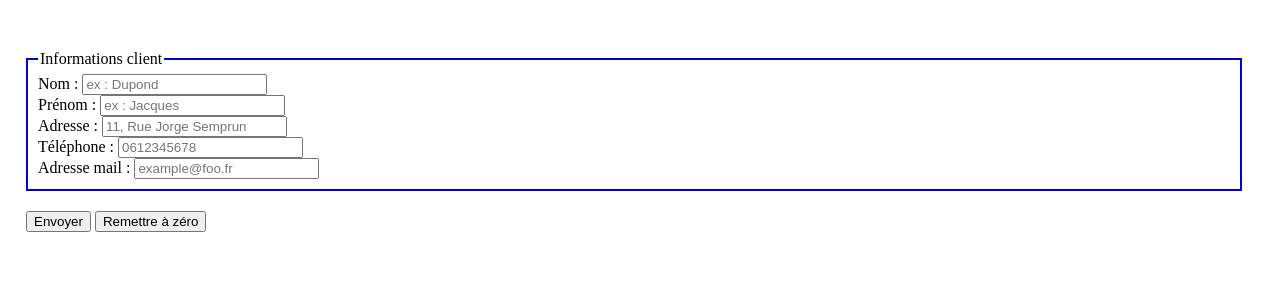
Repository: big73/NFE114
Page: http://localhost/Seance4-step1/formClient.jsp
The author's editor kept a copy of each file at every save. The page is drawn from the files as they stood at one save, then again after the next save.
The browser window is 1280 px wide. The pictures show the whole page.
The page is served by Tomcat 9.

Above is the page before, as saved 2015-12-30 14:15:35.

After the next save:
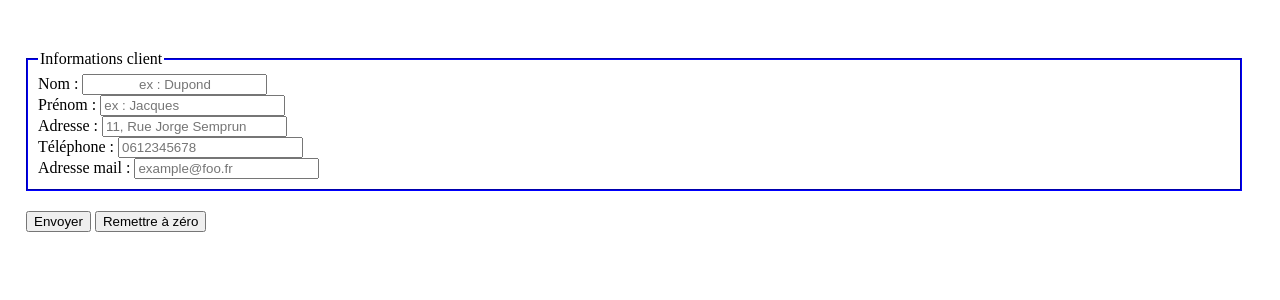
Saved 8 s later.
--- a/Seance4-step1/WebContent/formClient.jsp
+++ b/Seance4-step1/WebContent/formClient.jsp
@@ -14,7 +14,7 @@
 		<legend>Informations client</legend>
 
 			<label>Nom : </label>
-			<input type="text" placeholder="ex : Dupond" name="nom"><br>
+			<input class="saisie" type="text" placeholder="ex : Dupond" name="nom"><br>
 
 			<label>Prénom : </label>
 			<input type="text" placeholder="ex : Jacques" name="prenom"><br>
